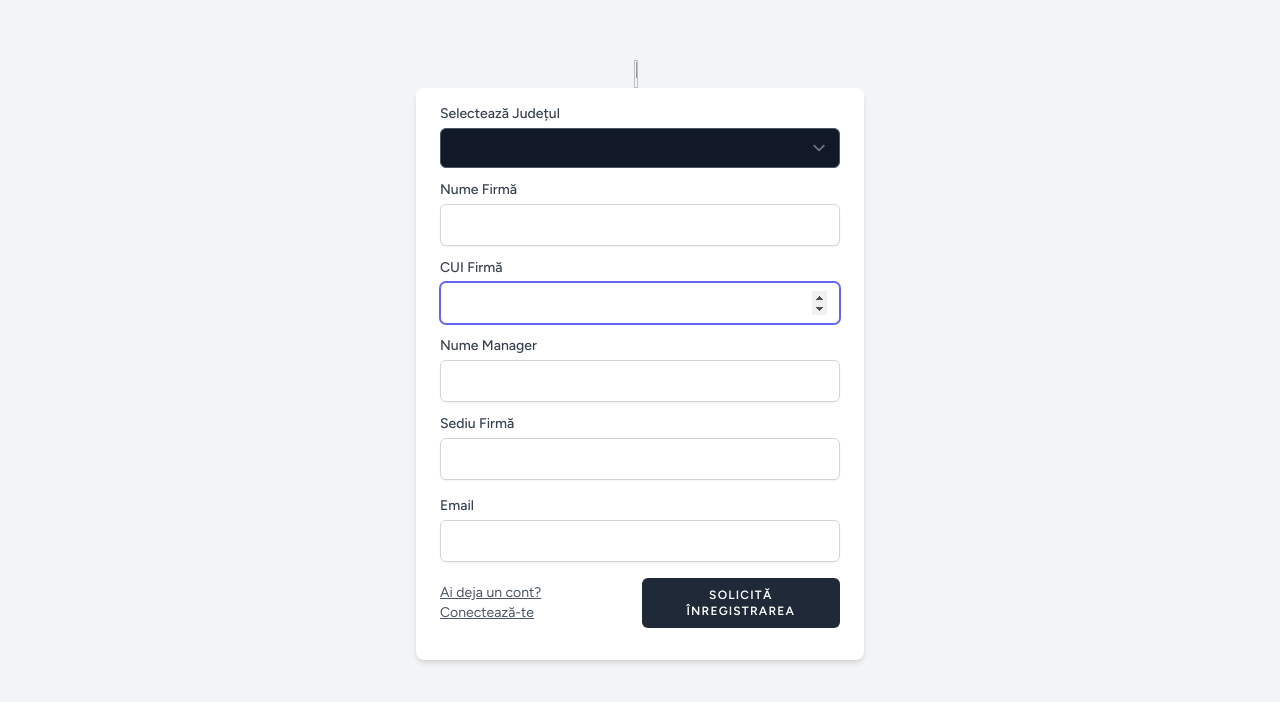
Repository: cosmin05072018/fantastic-events-manager
Page: http://localhost/register
An editor plug-in stored every save of this project. The page is shown before and after the next save, followed by the edit.
The browser window is 1280 px wide. The pictures show the whole page.
The page is served by the project's Laravel application, run on PHP 8.4 with Laravel 10. Style sheets and scripts are compiled from the project's sources, by tool versions that may differ from the author's.

Above is the page before, as saved 2024-11-03 20:44:49.

After the next save:
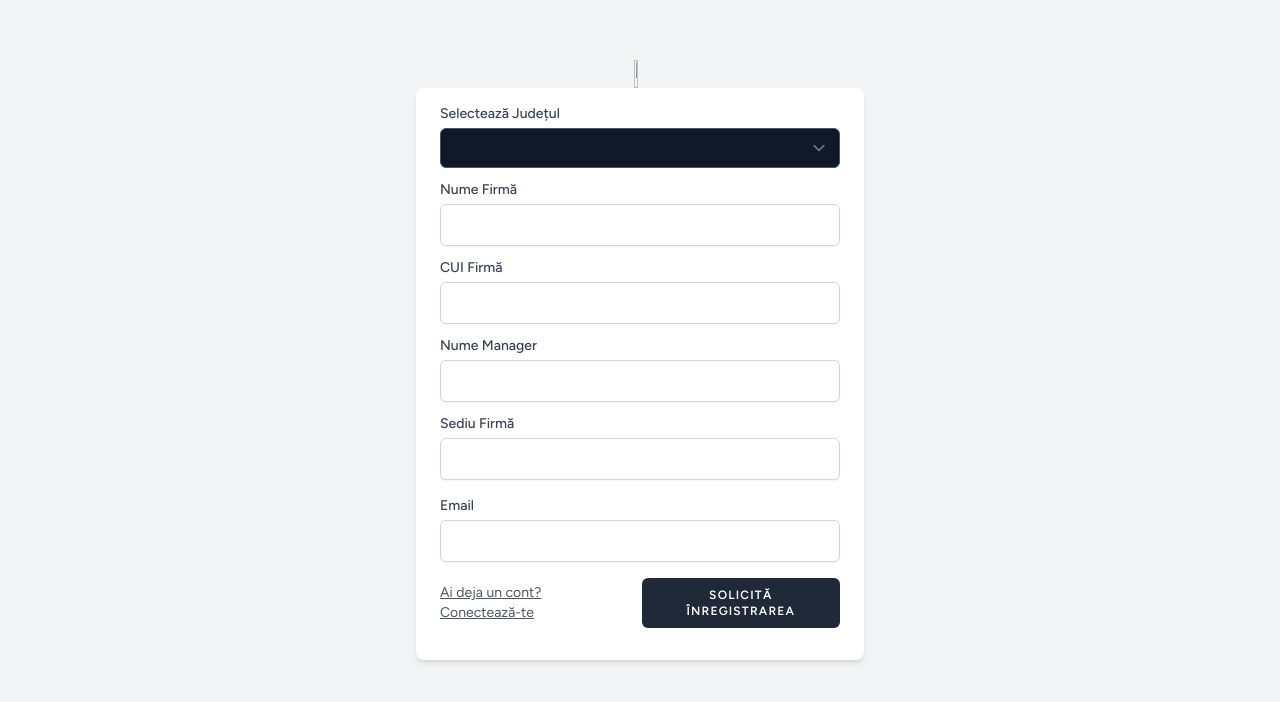
Saved 22 s later.
--- a/resources/views/auth/register.blade.php
+++ b/resources/views/auth/register.blade.php
@@ -112,7 +112,7 @@
         <div>
             <x-input-label class="mt-3" for="company_cui" :value="__('CUI Firmă')" />
             <x-text-input id="company_cui" class="block mt-1 w-full" type="number" name="company_cui" :value="old('name')"
-                required autofocus autocomplete="name" />
+                required  autocomplete="name" />
             <x-input-error :messages="$errors->get('name')" class="mt-2" />
         </div>
 
@@ -120,7 +120,7 @@
         <div>
             <x-input-label class="mt-3" for="manager_name" :value="__('Nume Manager')" />
             <x-text-input id="manager_name" class="block mt-1 w-full" type="text" name="manager_name" :value="old('name')"
-                required autofocus autocomplete="name" />
+                required autocomplete="name" />
             <x-input-error :messages="$errors->get('name')" class="mt-2" />
         </div>
 
@@ -128,7 +128,7 @@
         <div>
             <x-input-label class="mt-3" for="company_address" :value="__('Sediu Firmă')" />
             <x-text-input id="company_address" class="block mt-1 w-full" type="text" name="company_address" :value="old('name')"
-                required autofocus autocomplete="name" />
+                required autocomplete="name" />
             <x-input-error :messages="$errors->get('name')" class="mt-2" />
         </div>
 
